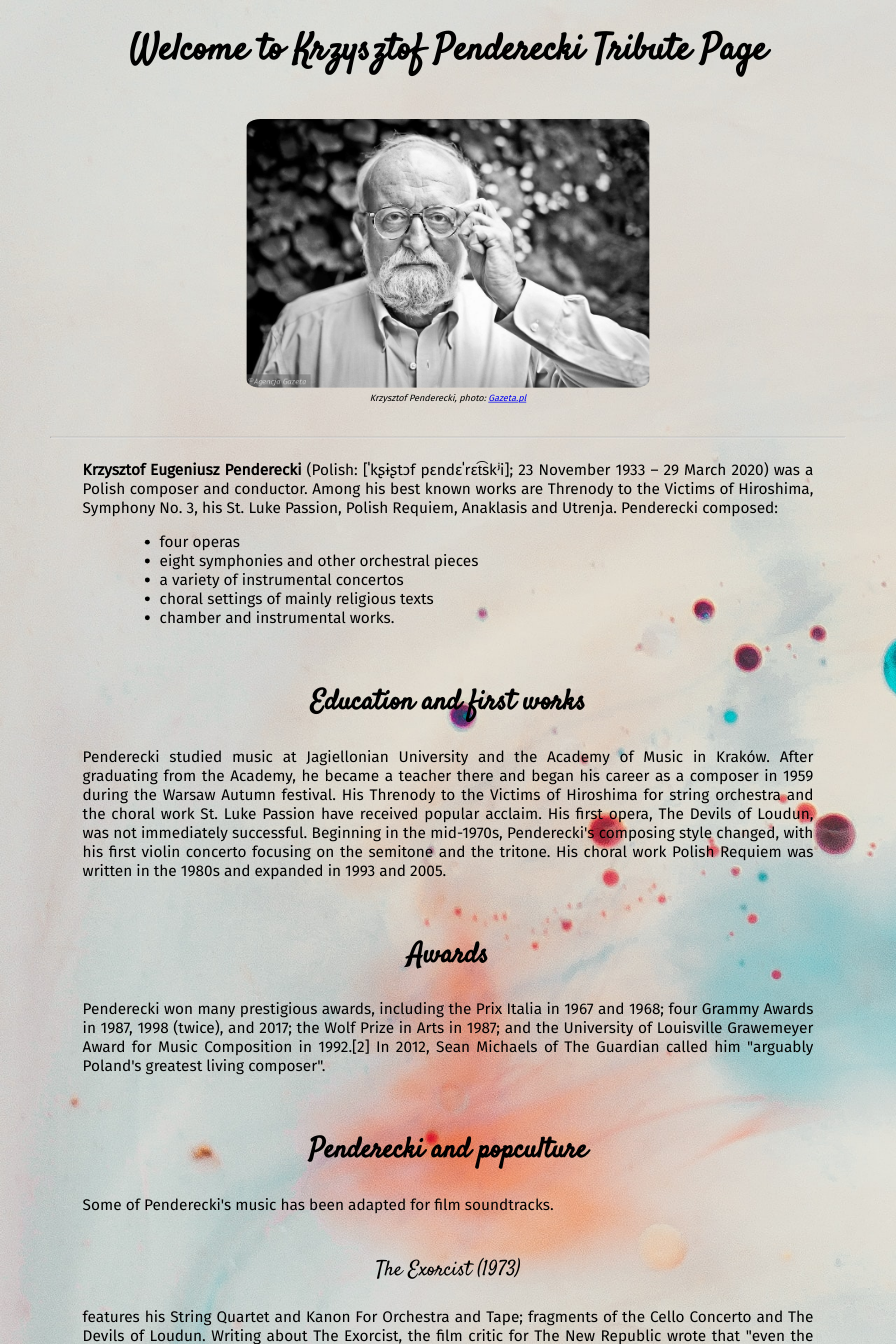
Repository: justynke/tribute_page
Page: index.html
An editor plug-in stored every save of this project. The page is shown before and after the next save, followed by the edit.
The browser window is 1280 px wide. The pictures show the part of the page from y = 0 to 1920 px (the page is 3238 px tall before and 3300 px after), at 70% of full size.

Above is the page before, as saved 2020-04-23 00:31:55.

### index.html
<!DOCTYPE html>
<html lang = "pl-PL">
<head>
    <link href="https://fonts.googleapis.com/css2?family=Satisfy&display=swap" rel="stylesheet">
    <link href="https://fonts.googleapis.com/css2?family=Fira+Sans&display=swap" rel="stylesheet">

    <link rel="stylesheet" type="text/css" href="styles.css">
    <title>Krzysztof Penderecki Tribute Page</title>
</head>
<body>
    <h1 id = "title">Welcome to Krzysztof Penderecki Tribute Page</h1>
    <div id = "img-div">
        <figure>
            <img id = "image" src = "images/penderecki_01.jpg" alt = "Krzysztof Penderecki">
            <figcaption>Krzysztof Penderecki, photo: <a href = "http://gazeta.pl">Gazeta.pl</a></figcaption>
        </figure>
    </div>

    <hr>

    <p>
        <b>Krzysztof Eugeniusz Penderecki</b> (Polish: [ˈkʂɨʂtɔf pɛndɛˈrɛt͡skʲi]; 23 November 1933 – 29 March 2020) was a Polish composer and conductor. Among his best known works are Threnody to the Victims of Hiroshima, Symphony No. 3, his St. Luke Passion, Polish Requiem, Anaklasis and Utrenja. Penderecki composed:
        <ul>
            <li>four operas</li>
            <li>eight symphonies and other orchestral pieces</li>
            <li>a variety of instrumental concertos</li>
            <li>choral settings of mainly religious texts</li>
            <li>chamber and instrumental works.</li>
        </ul>
    </p>

    <h2>Education and first works</h2>
    <p>Penderecki studied music at Jagiellonian University and the Academy of Music in Kraków. After graduating from the Academy, he became a teacher there and began his career as a composer in 1959 during the Warsaw Autumn festival. His Threnody to the Victims of Hiroshima for string orchestra and the choral work St. Luke Passion have received popular acclaim. His first opera, The Devils of Loudun, was not immediately successful. Beginning in the mid-1970s, Penderecki's composing style changed, with his first violin concerto focusing on the semitone and the tritone. His choral work Polish Requiem was written in the 1980s and expanded in 1993 and 2005.</p>

    <h2>Awards</h2>
    <p>Penderecki won many prestigious awards, including the Prix Italia in 1967 and 1968; four Grammy Awards in 1987, 1998 (twice), and 2017; the Wolf Prize in Arts in 1987; and the University of Louisville Grawemeyer Award for Music Composition in 1992.[2] In 2012, Sean Michaels of The Guardian called him "arguably Poland's greatest living composer".</p>

<h2>Penderecki and popculture</h2>
<p>Some of Penderecki's music has been adapted for film soundtracks.</p>
    <h3>The Exorcist (1973)</h3>
    <p>features his String Quartet and Kanon For Orchestra and Tape; fragments of the Cello Concerto and The Devils of Loudun. Writing about The Exorcist, the film critic for The New Republic wrote that "even the music is faultless, most of it by Krzysztof Penderecki, who at last is where he belongs."</p>
    <h3>The Shining (1980)</h3>
    <p> features six pieces of Penderecki's music:[1] Utrenja II: Ewangelia, Utrenja II: Kanon Paschy, The Awakening of Jacob, De Natura Sonoris No. 1, De Natura Sonoris No. 2 and Polymorphia.</p>
    <h3>David Lynch has used Penderecki's music in following films:</h3>
    <ol>
        <li>Wild at Heart (1990)</li>
        <li>Inland Empire (2006)</li>
        <li>TV series Twin Peaks (2017)</li>
    </ol>
    <h3>Fearless (1993) by Peter Weir</h3>
    <p>Rhe piece Polymorphia was once again used here for an intense plane crash scene, seen from the point of view of the passenger played by Jeff Bridges. </p>

    <h3>Children of Men (2006)</h3>
     <p>Threnody for the Victims of Hiroshima was also used during one of the final sequences in the film. Penderecki composed music for Andrzej Wajda's 2007 Academy Award nominated film Katyń, while Martin Scorsese's Shutter Island (2010) featured his Symphony No. 3 and Fluorescences.

        <h3>Popular music</h3>
    <p>Some of Penderecki's oeuvre inspired Jonny Greenwood of Radiohead to release an album, which thereafter appeared in his score for There Will Be Blood, a 2007 Paul Thomas Anderson film.</p>

    <h2>Private life</h2>
    <p>Penderecki had three children, first a daughter Beata with pianist Barbara Penderecka (née Graca; married 1954, then divorced). He then had a son Łukasz (b. 1966) and daughter Dominika (b. 1971) with his second wife, Elżbieta Penderecka (née Solecka), whom he married on 19 December 1965. He lived in the Kraków suburb of Wola Justowska.</p>





</body>
</html>

### styles.css
body {
    background-image: url(images/background.jpg);
}

h1 {
    text-align: center;
    font-family: Satisfy;
    font-size: 52px;
    margin-bottom: 0.8em;
}

h2 {
    font-family: Satisfy;
    font-size: 40px;
    margin-top: 2em;
    text-align: center;
}

h3 {
    font-family: Satisfy;
    font-size: 30px;
    margin-top: 2em;
    text-align: center;
    font-weight: 250;
}

#img-div {
    display: flex;
    justify-content: space-around;
}

#image {
    height: 30vw;
    width: auto;
    filter: gray; /* IE6-9 */
    -webkit-filter: grayscale(1); /* Google Chrome, Safari 6+ & Opera 15+ */
    filter: grayscale(1);
    border-style: solid;
    border-color: transparent;
    border-radius: 4%;
}


#image:hover {
    filter: grayscale(0);
}

figcaption {
    font-family: 'Fira Sans', sans-serif;;
    text-align: center;
    font-style: italic;
    font-size: small;
    font-weight: 100;
}


hr {
    margin-top: 2em;
    margin-bottom: 2em;
    margin-left: 4em;
    margin-right: 4em;
}

p {
    padding-left: 5em;
    padding-right: 5em;
    font-family: 'Fira Sans', sans-serif;
    font-size: 22px;
    text-align: justify;
}

ul {
    padding-left: 10em;
    font-family: 'Fira Sans', sans-serif;
    font-size: 22px;
}

ol {
    padding-left: 10em;
    font-family: 'Fira Sans', sans-serif;
    font-size: 22px;
}

After the next save:
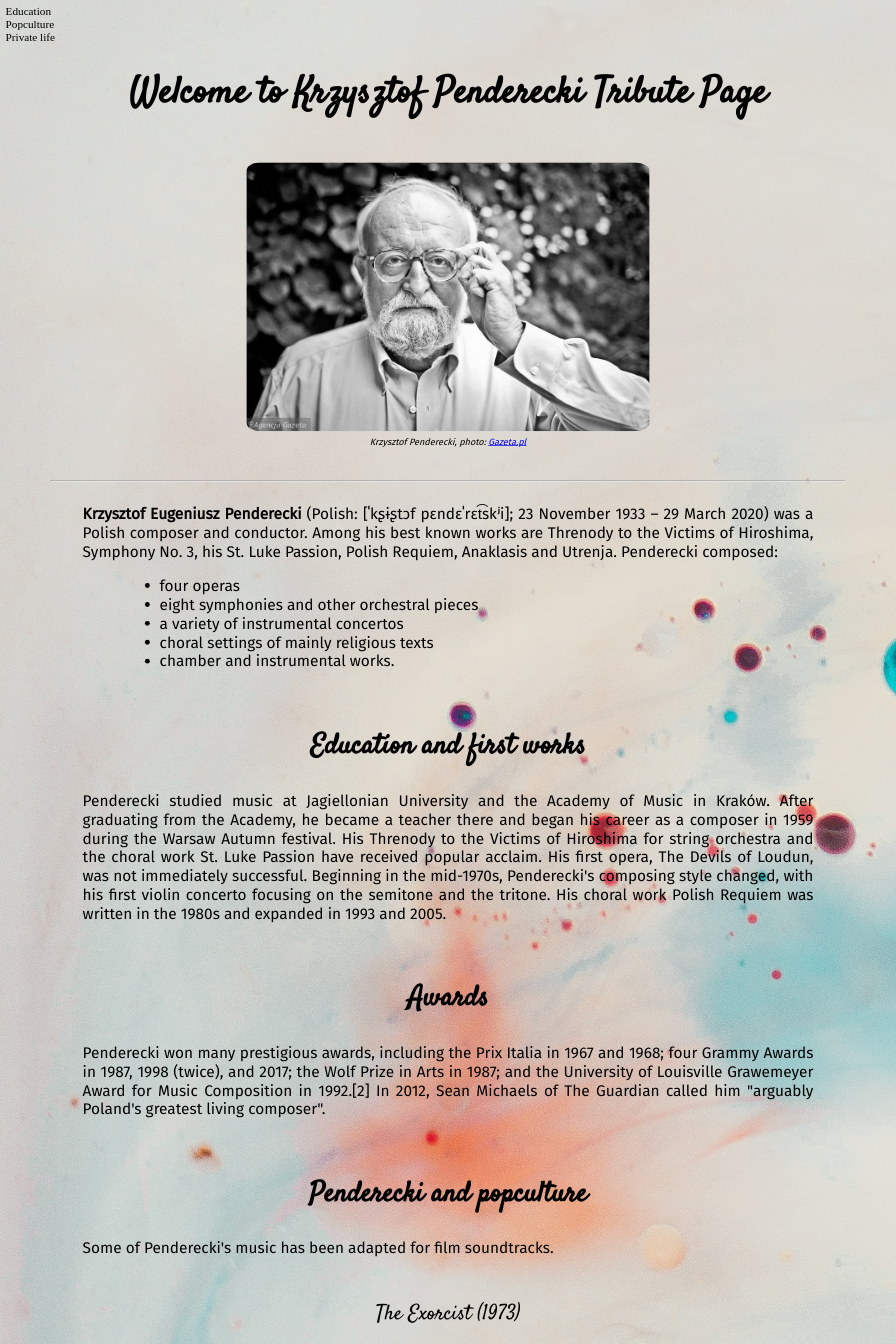
Saved 110 s later.
--- a/index.html
+++ b/index.html
@@ -8,6 +8,11 @@
     <title>Krzysztof Penderecki Tribute Page</title>
 </head>
 <body>
+    <div id = "nav">
+        <div>Education</div>
+        <div>Popculture</div>
+        <div>Private life</div>
+    </div>
     <h1 id = "title">Welcome to Krzysztof Penderecki Tribute Page</h1>
     <div id = "img-div">
         <figure>
